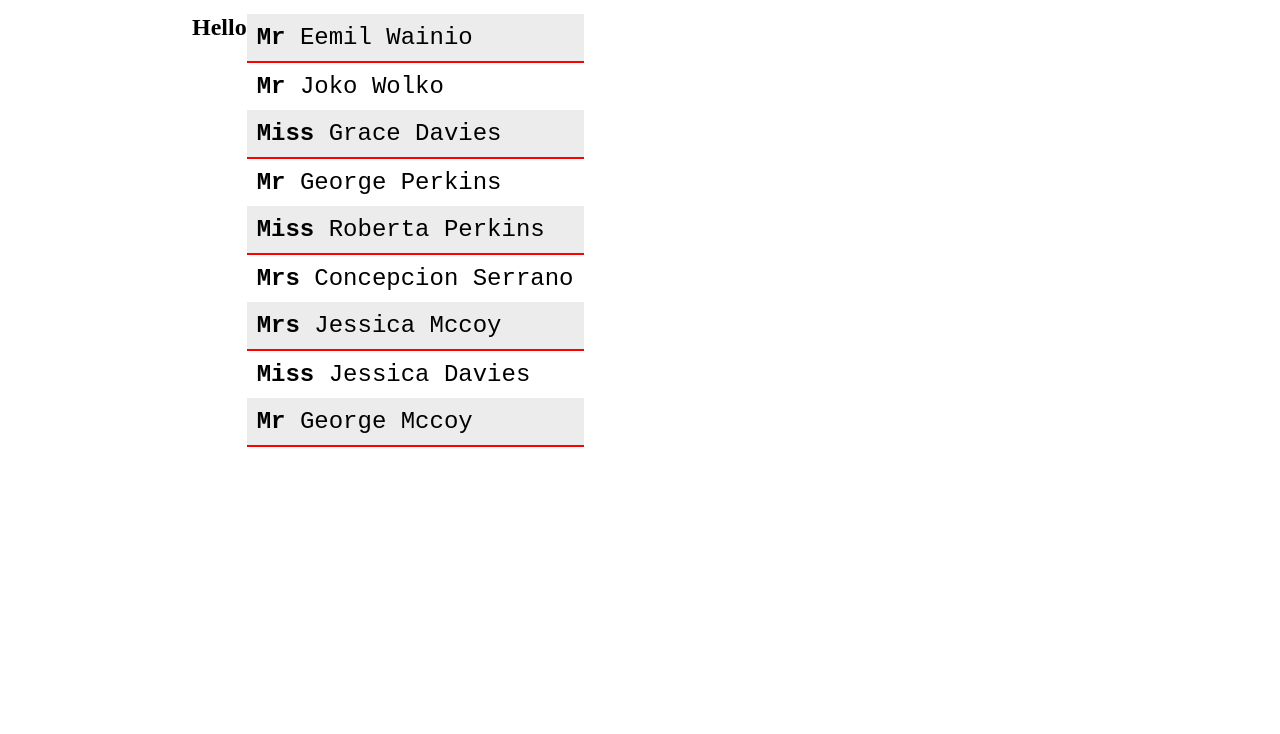
Repository: KrzysKolo/sr_tydzien5_zad4
Page: /
These files come from the project's save history. The page is drawn as it stood at one moment and after the next save; the edit follows.
The browser window is 1280 px wide. The pictures show the whole page.
The project was rebuilt for these pictures with package versions that can differ from the ones it lists, and the page was loaded fresh each time.

Above is the page before, as saved 2021-01-03 05:08:21.

### public/index.html
<!DOCTYPE html>
<html lang="en">
  <head>
    <meta charset="utf-8" />
    <link rel="icon" href="%PUBLIC_URL%/favicon.ico" />
    <meta name="viewport" content="width=device-width, initial-scale=1" />
    <meta name="theme-color" content="#000000" />
    <meta
      name="description"
      content="Web site created using create-react-app"
    />
    <link rel="apple-touch-icon" href="%PUBLIC_URL%/logo192.png" />
    <!--
      manifest.json provides metadata used when your web app is installed on a
      user's mobile device or desktop. See https://developers.google.com/web/fundamentals/web-app-manifest/
    -->
    <link rel="manifest" href="%PUBLIC_URL%/manifest.json" />
    <!--
      Notice the use of %PUBLIC_URL% in the tags above.
      It will be replaced with the URL of the `public` folder during the build.
      Only files inside the `public` folder can be referenced from the HTML.

      Unlike "/favicon.ico" or "favicon.ico", "%PUBLIC_URL%/favicon.ico" will
      work correctly both with client-side routing and a non-root public URL.
      Learn how to configure a non-root public URL by running `npm run build`.
    -->
    <title>User search</title>
  </head>
  <body>
    <noscript>You need to enable JavaScript to run this app.</noscript>
    <div id="root"></div>
    <!--
      This HTML file is a template.
      If you open it directly in the browser, you will see an empty page.

      You can add webfonts, meta tags, or analytics to this file.
      The build step will place the bundled scripts into the <body> tag.

      To begin the development, run `npm start` or `yarn start`.
      To create a production bundle, use `npm run build` or `yarn build`.
    -->
  </body>
</html>

### src/App.js
import React from 'react';
import UsersContainer from './components/UsersContainer';
import './App.css';


const App = () => {

  return (
    <section>
      <h1>Hello</h1>
      <UsersContainer/>
    </section>
  )
}

export default App;

### src/components/UsersContainer.js
import React, { useState, useEffect } from 'react';


const UsersContainer = () => {

  const UsersAPI = '/users.json';

  const [ users, setUsers ] = useState([]);

  useEffect(() => {

    fetch(UsersAPI)
      .then(res => res.json())
      .then(data => {
        console.log(data.users);
        setUsers(data.users);
      })
    }, []);

    const user = users.map(user => (
      <li className="user" key={user.id}><b>{user.title}</b> {user.first} {user.last}</li>
    ))
    return (
        <ul>
					{user}
        </ul>
    )
}

export default UsersContainer;

### src/App.css
* {
  box-sizing: border-box;
  padding: 0;
  margin: 0;
}
body {
  height: 100vh;
  width: 100vw;
}
section {
  margin: 2vh auto;
  width: 70%;
  display: flex;
  flex-direction: columns;
}
.user {
  font-size: 1.5rem;
  font-family: "Courier New", Courier, monospace;
  padding: 10px;
  list-style: none;
}
.user:nth-child(odd) {
  background: #ececec;
  border-bottom: 2px solid red;
}

### public/users.json
{
    "users": [
      {
        "id": 1,
        "title": "Mr",
        "first": "Eemil",
        "last": "Wainio"
       },
      {
        "id": 2,
        "title": "Mr",
        "first": "Joko",
        "last": "Wolko"
      },
      {
        "id": 3,
        "title": "Miss",
        "first": "Grace",
        "last": "Davies"
      },
      {
        "id": 4,
        "title": "Mr ",
        "first": "George ",
        "last": "Perkins"
      },
      {
        "id": 5,
        "title": "Miss",
        "first": "Roberta ",
        "last": "Perkins"
      },
      {
        "id": 6,
        "title": "Mrs ",
        "first": "Concepcion ",
        "last": "Serrano"
      },
      {
        "id": 7,
        "title": "Mrs ",
        "first": "Jessica ",
        "last": "Mccoy"
      },
      {
        "id": 8,
        "title": "Miss",
        "first": "Jessica",
        "last": "Davies"
      },
      {
        "id": 9,
        "title": "Mr",
        "first": "George",
        "last": "Mccoy"
      }
    ]
  }

Loaded but not shown: src/index.js (common file)

After the next save:
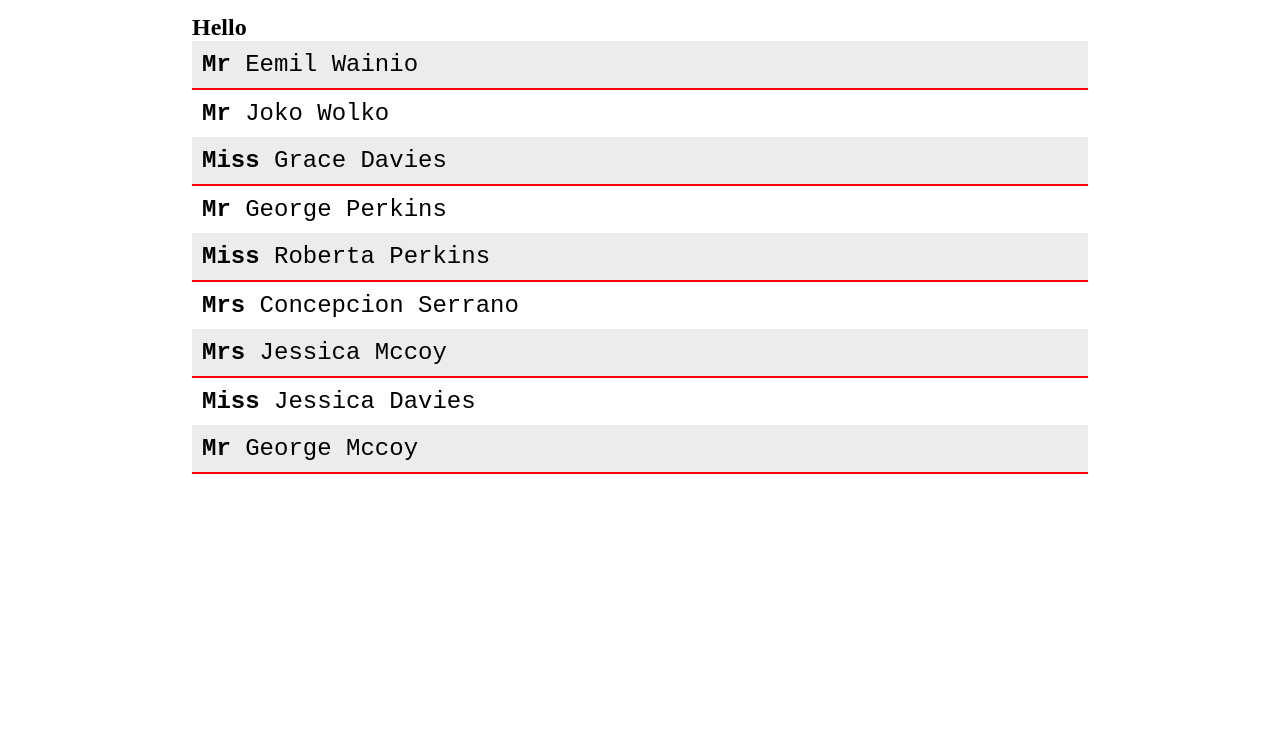
Saved 21 s later.
--- a/src/App.css
+++ b/src/App.css
@@ -11,7 +11,7 @@ section {
   margin: 2vh auto;
   width: 70%;
   display: flex;
-  flex-direction: columns;
+  flex-direction: column;
 }
 .user {
   font-size: 1.5rem;
